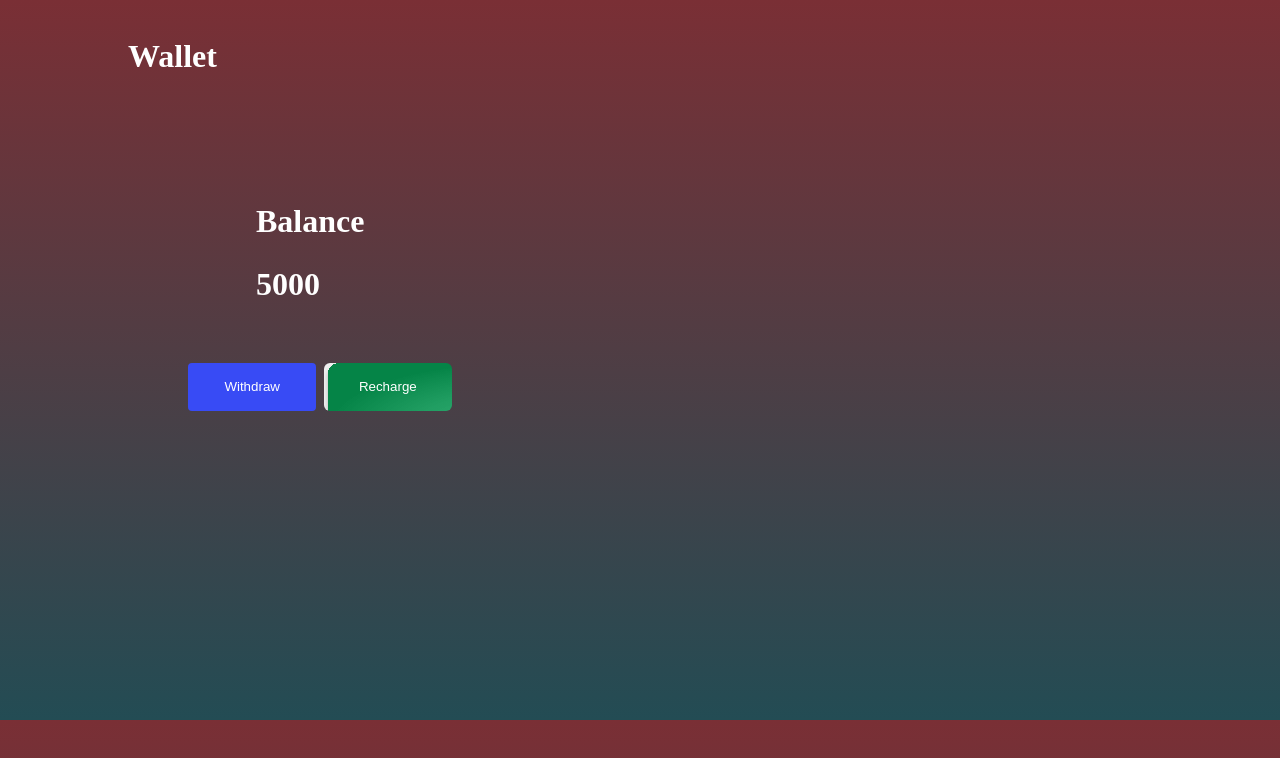
Repository: jagan607/N-Kalari
Page: /
An editor plug-in stored every save of this project. The page is shown before and after the next save, followed by the edit.
The browser window is 1280 px wide. The pictures show the whole page.
The project was rebuilt for these pictures with package versions that can differ from the ones it lists, and the page was loaded fresh each time. Also part of the build but not shown: src/App.css, src/helpers/firebase.js, src/components/Login/Login.js.

Above is the page before, as saved 2022-01-07 20:29:33.

### src/index.css
body,
html,
.App,
#root,
.main {
  width: 100%;
  height:100%;
  scroll-behavior: smooth;

}
body{
    margin: 0;
    padding: 0;
    text-align: center;
    background-image: linear-gradient(#7A2F35, #234C54);
  }

### src/App.js
import logo from './logo.svg';
import './App.css';
import React, { Component } from "react"
import Login from './components/Login/Login'
import Wallet from './components/wallet/Wallet'
import {history} from './helpers/history'
import {Router, Route, Routes } from "react-router-dom";


class App extends Component {
  constructor(props) {
    super(props);
  }

  render() {
    return(
      <div>
        {/* <Login></Login> */}

        <Wallet></Wallet>

          {/* <Route exact path="/">
          </Route> */}
          {/* <Route exact path="/wallet">
            <Wallet/>
          </Route> */}
     </div>
    );
}
}

export default App;

### src/components/wallet/Wallet.js
import React, { Component } from "react"
import styles from './index.css';

class Wallet extends Component{
    constructor(props){
        super(props);


    }

    render(){
        return(
            <div>
            <div className="balance">
            <h1 className="heading">Wallet</h1>
            <h1 className="balance-heading">Balance </h1>
            <h1 className="balance-value">5000</h1>
            </div>
            <div className="buttons">
                <button className="withdraw">Withdraw</button>
                <button className="recharge">Recharge</button>

            </div>
            </div>

        )
    }
}
export default Wallet;

### src/components/wallet/index.css
.left{
    float: left;
}

.heading{
    color: white;
    text-align: left;
    margin-left: 10%;
    margin-top: 3%;
}

.balance-heading{
    color :white;
    text-align: left;
    margin-left: 20%;
    margin-top: 10%;
}

.balance-value{
    color :white;
    text-align: left;
    margin-left: 20%;
    margin-top: 2%;
}

.buttons{
    width: 30%;
    float: left;
    margin-left: 10%;
    margin-top: 3%;
}

.withdraw{
    margin-right: 2%;
    width: 8rem;
    height: 3rem;
    background: #384BF5;
    border-radius: 4px;
    color: white;
    border: none;


}

.recharge{
    width: 8rem;
    height: 3rem;
    background-image: url("data:[embedded picture, 1436 characters]");
    color: white;
    border: none;
    border-radius: 6px;

}

Loaded but not shown: public/index.html (common file); src/index.js (common file); src/reportWebVitals.js (common file); src/helpers/history.js (common file)

After the next save:
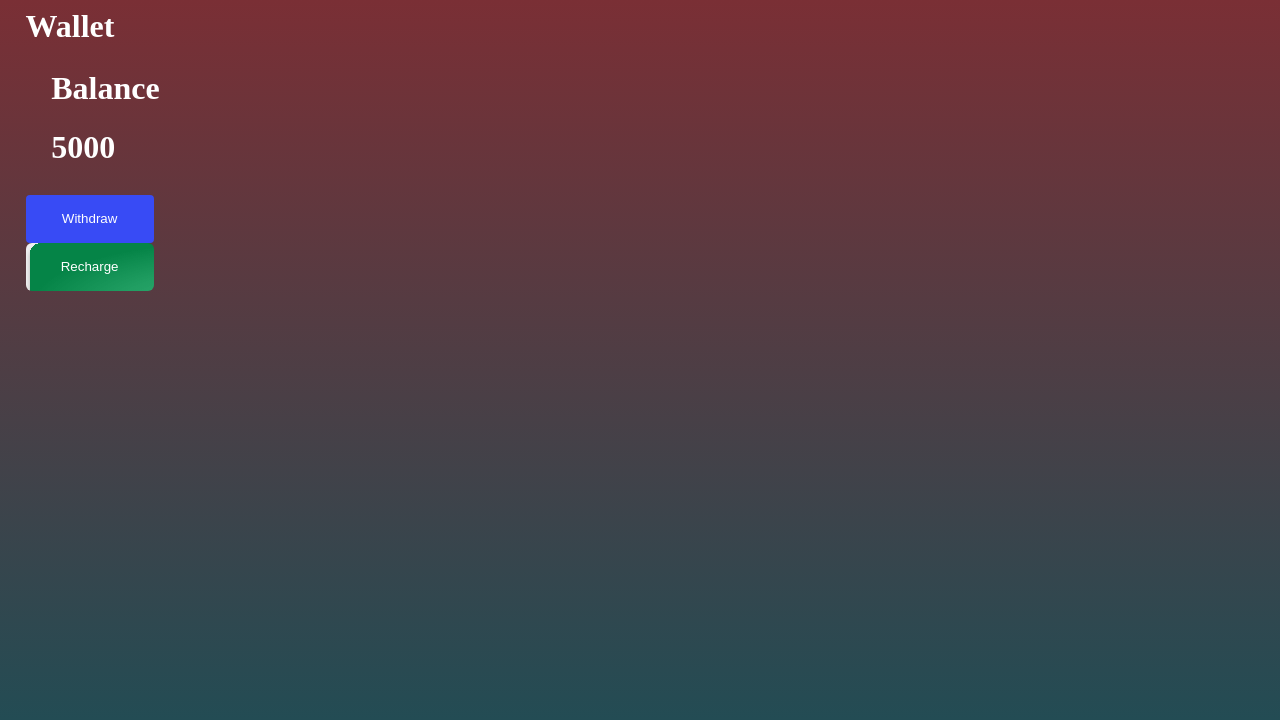
Saved 19 s later.
--- a/src/components/wallet/Wallet.js
+++ b/src/components/wallet/Wallet.js
@@ -11,16 +11,23 @@ class Wallet extends Component{
     render(){
         return(
             <div>
-            <div className="balance">
-            <h1 className="heading">Wallet</h1>
-            <h1 className="balance-heading">Balance </h1>
-            <h1 className="balance-value">5000</h1>
-            </div>
-            <div className="buttons">
-                <button className="withdraw">Withdraw</button>
-                <button className="recharge">Recharge</button>
+                <div className="left">
+                    <div className="balance">
+                        <h1 className="heading">Wallet</h1>
+                        <h1 className="balance-heading">Balance </h1>
+                        <h1 className="balance-value">5000</h1>
+                    </div>
+                <div className="buttons">
+                    <button className="withdraw">Withdraw</button>
+                    <button className="recharge">Recharge</button>
 
-            </div>
+                </div>
+                </div>
+                <div className="right">
+                    <div className="recent-transactions">
+
+                    </div>
+                </div>
             </div>
 
         )

After the 2 saves that followed:
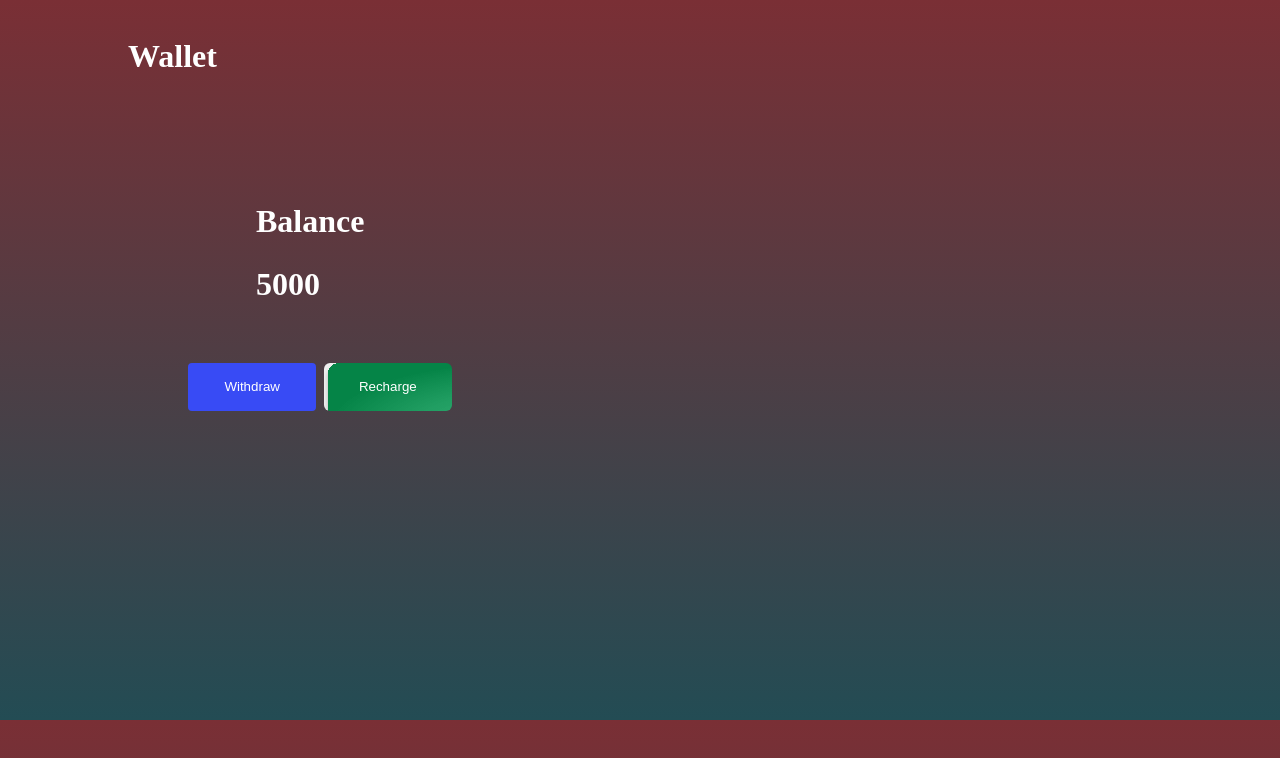
The 2 saves are shown as one change because 1 left the picture as it was.
The last was saved 9 min 21 s later.
--- a/src/components/wallet/index.css
+++ b/src/components/wallet/index.css
@@ -1,5 +1,4 @@
 .left{
-    float: left;
 }
 
 .heading{
@@ -51,3 +50,7 @@
     border-radius: 6px;
 
 }
+
+.right{
+
+}
